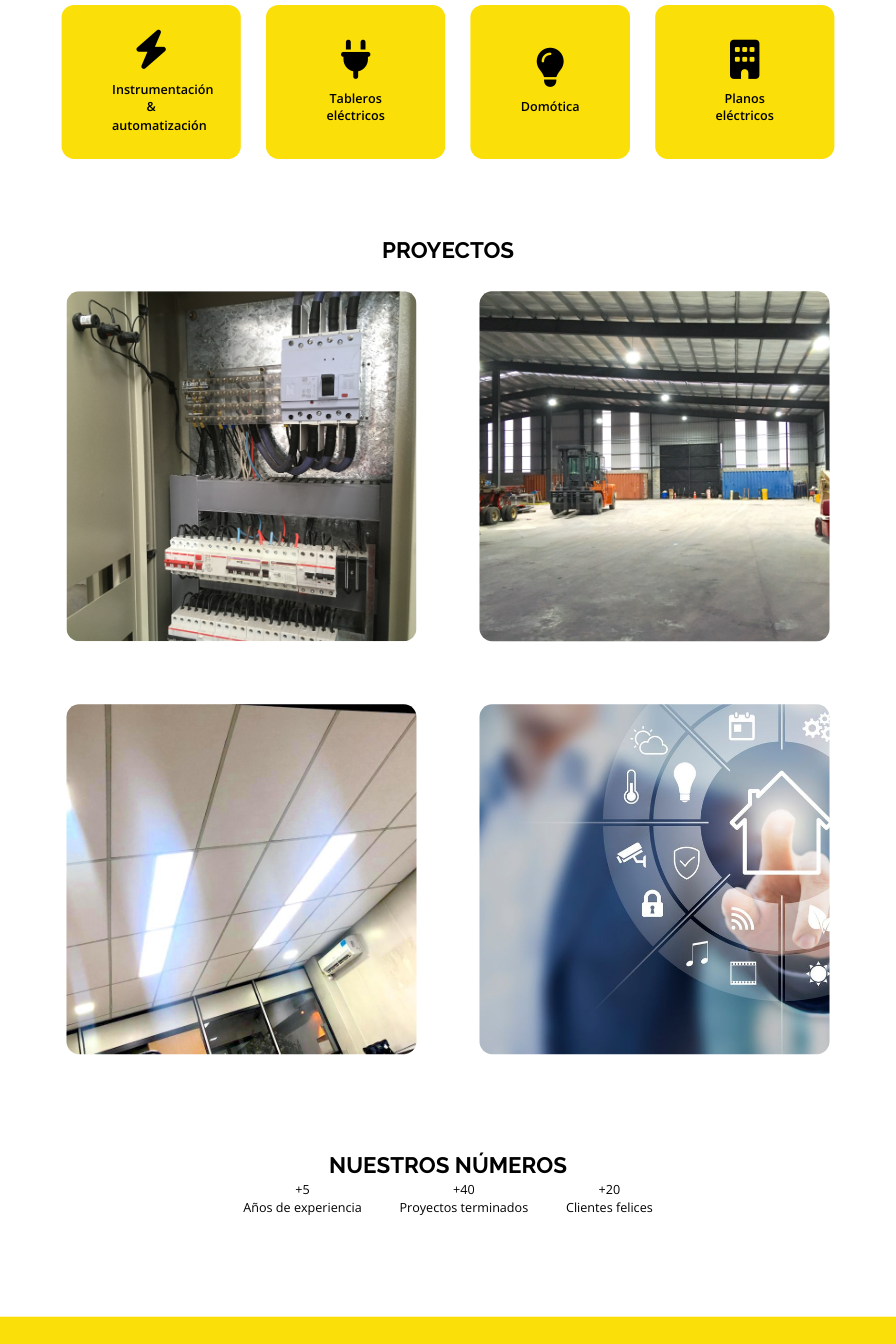
Repository: jeraldinnemg/rjelectronics
Page: index.html
The author's editor kept a copy of each file at every save. The page is drawn from the files as they stood at one save, then again after the next save.
The browser window is 1280 px wide. The pictures show the part of the page from y = 810 to 2730 px (the page is 2923 px tall), at 70% of full size.
Some web libraries are served in a nearby version.

Above is the page before, as saved 2022-07-27 21:28:50.

### index.html
<!DOCTYPE html>
<html lang="en">
<head>
    <meta charset="UTF-8">
    <meta http-equiv="X-UA-Compatible" content="IE=edge">
    <meta name="viewport" content="width=device-width, initial-scale=1.0">
    <link rel="shortcut icon" href="favicon.ico" type="image/x-icon">
    <!-- Google fonts -->
    <link rel="preconnect" href="https://fonts.googleapis.com">
    <link rel="preconnect" href="https://fonts.gstatic.com" crossorigin>
<link href="https://fonts.googleapis.com/css2?family=Open+Sans:wght@300;400;500;600&family=Raleway:wght@300;400;500;600;700;800&display=swap" rel="stylesheet">
<link rel="stylesheet" href="https://cdnjs.cloudflare.com/ajax/libs/font-awesome/6.1.1/css/all.min.css" integrity="sha512-KfkfwYDsLkIlwQp6LFnl8zNdLGxu9YAA1QvwINks4PhcElQSvqcyVLLD9aMhXd13uQjoXtEKNosOWaZqXgel0g==" crossorigin="anonymous" referrerpolicy="no-referrer" />
    <!-- Custom system -->
    <link rel="stylesheet" href="index.css">
    <script src="https://kit.fontawesome.com/05b8218d7f.js" crossorigin="anonymous"></script>


    <script src="navigation.js" defer></script>
    <script src="tabs.js" defer></script>

    <title>RJ Electronics</title>
</head>
<body>
    <header class="primary-header flex">
            <a href="#">
                <img class="logo" width="50px" height="50px"src="/img/logo.svg" alt="">
            </a>
            <button class="mobile-nav-toggle" aria-controls="primary-navigation"><span class="sr-only" aria-expanded="false">Menu</span></button>
            <nav >
                <ul class="primary-navigation flex" data-visible="false">
                    <li><a href="#" class="uppercase text-dark ff-serif">Acerca de</a></li>
                    <li><a href="#" class="uppercase text-dark ff-serif">Servicios</a></li>
                    <li><a href="#" class="uppercase text-dark ff-serif">Proyectos</a></li>
                    <li><a href="#" class="uppercase text-dark ff-serif">Contacto</a></li>
                </ul>
            </nav>
    </header>

    <main class="grid-container grid-container--home">
        <section class="hero">
            <div class="container flex">
                <!-- CTA-1 -->
                <article class="a-self" id="lampara-tab" role="tabpanel" tabindex="0">
                    <h1 class="ff-serif fs-700">Ofrecemos Soluciones Electrónicas Integrales para tu hogar</h1>
                    <p class="ff-sans fs-400">Diseñamos y construimos una solución para cualquier necesidad, falla o problema electrónico industrial, comercial o residencial.</p>
                    <a href="#" class="button"><span>Me interesa</span></a>
                </article>
                <!-- CTA-2 -->
                <article hidden class="a-self" id="destornillador-tab" role="tabpanel" tabindex="0">
                    <h2 class="ff-serif fs-700">Creamos espacios luminosos a tu medida</h2>
                    <p class="ff-sans fs-400">Nos encargamos de calcular los lumens necesarios para que obtengas un espacio con luz de calidad.</p>
                    <a href="#" class="button"><span>Ver más</span></a>
                </article>
                <!-- CTA-3 -->
                <article hidden class="a-self" id="interruptor-tab" role="tabpanel" tabindex="0">
                    <h2 class="ff-serif fs-700">Creamos ambientes inteligentes</h2>
                    <p class="ff-sans fs-400">Nos encargamos de automatizar espacios y lugares de manera fácil y rápida.</p>
                    <a href="#" class="button"><span>Me interesa</span></a>
                </article>
                <picture class= "hero__image" id="lampara-image">
                    <img src="/img/lampara.png" alt="lampara" >
                </picture>
                <picture class= "hero__image" hidden id="destornillador-image">
                    <img src="/img/destornillador.png" alt="destornillador">
                </picture>
                <picture class= "hero__image" hidden id="interruptor-image">
                    <img src="/img/interruptor.png" alt="interruptor">
                </picture>
            </div>
            <!-- Dots -->
            <div class="dot-indicators flex" role="tablist" aria-label="services list">
                <button aria-selected="true" aria-controls="lampara-tab" data-image="lampara-image" role="tab" tabindex="0"><span class="sr-only">Lampara</span></button>
                <button aria-selected="false" aria-controls="destornillador-tab" data-image="destornillador-image" role="tab" tabindex="-1"><span class="sr-only">destornillador</span></button>
                <button aria-selected="false" aria-controls="interruptor-tab" data-image="interruptor-image" role="tab" tabindex="-1"><span class="sr-only">Interruptor</span></button>
            </div>
        </section>

        <section class="services">
            <h2 class="ff-serif fs-600 uppercase">Servicios</h2>
            <div class="container">
                <article class="card flex">
                    <i class="fa-solid fa-bolt fs-700"></i>
                    <div class="card-body">
                        <h2 class="card-title fs-400">Instrumentación & automatización</h2>

                    </div>
                </article>
                <article class="card flex">
                    <i class="fa-solid fa-plug fs-700 "></i>
                    <div class="card-body">
                        <h2 class="card-title fs-400">Tableros eléctricos</h2>

                    </div>
                </article>
                <article class="card flex">
                    <i class="fa-solid fa-lightbulb fs-700"></i>
                    <div class="card-body">
                        <h2 class="card-title fs-400">Domótica</h2>

                    </div>
                </article>
                <article class="card flex">
                    <i class="fa-solid fa-building  fs-700"></i>
                    <div class="card-body">
                        <h2 class="card-title fs-400">Planos eléctricos</h2>

                    </div>
                </article>
        </div>
        </section>
        <section class="projects">
            <h2 class="ff-serif fs-600 uppercase">Proyectos</h2>
            <div class="projects-container grid-container">
                <article class="project" style="background-image: url('/img/servicio-electricidad.JPG')">
                    <div class="project-overlay">
                    <h2 class="overlay-text fs-600 uppercase" >Tablero eléctrico</h2>
                    </div>
                </article>
                <article class="project" style="background-image: url('/img/trabajos-iluminacion-galpon.JPG')">
                    <div class="project-overlay">
                        <h2 class="overlay-text fs-500 uppercase">Iluminación industrial</h2>
                    </div>
                </article>
                <article class="project" style="background-image: url('/img/iluminacion-oficinas.jpeg') ">
                    <div class="project-overlay">
                        <h2 class="overlay-text fs-500 uppercase">Iluminación de oficina</h2>
                    </div>
                </article>
                <article class="project" style="background-image: url('/img/servicios-domotica.jpg') ">
                    <div class="project-overlay">
                        <h2 class="overlay-text fs-500 uppercase">Domótica en casa</h2>
                    </div>
                </article>
        </div>
        </section>
        <section class="statics">
            <h2 class="ff-serif fs-600 uppercase">Nuestros números</h2>
            <div class="container flex" >
            <div>
                <span>+5</span>
                <p>Años de experiencia</p>
            </div>
            <div>
                <span>+40</span>
                <p>Proyectos terminados</p>
            </div>
            <div>
                <span>+20</span>
                <p>Clientes felices</p>
            </div>
        </div>
        </section>

    </main>


    <footer class="flex">
        <a href="#">
            <img class="logo" width="50px" height="50px"src="/img/logo.svg" alt="">
        </a>
        <div class="col">
            <h3>Contacto</h3>
                <p>hola@rjelectronic.com</p>
                <p>1150329541</p>
        </div>
        <div class="col">
            <h3>RRSS</h3>
                <p>hola@rjelectronic.com</p>
                <p>1150329541</p>
                <p>Content</p>
        </div>
    </footer>

</body>
</html>

### index.css
/* ----------------------- */
/* --Custom properties---- */
/* ----------------------- */

:root {
   /*colors*/
   --clr-dark: 0 0% 0%;
   --clr-main: 53 97% 51%;
   --clr-secondary: 25 100% 52%;
   --clr-white: 0 0% 100%;

/*font-sizes*/
--fs-1000: 9.375rem; /*150x*/
--fs-900: 6.25rem; /*100px*/
--fs-800: 4.5rem; /*72px*/
--fs-700: 3.5rem; /*56px*/
--fs-600: 2rem; /*32px*/
--fs-500: 1.75rem; /*28px*/
--fs-400: 1.125rem; /*18px*/
--fs-300: 1rem; /*16px*/
--fs-200: 0.875rem; /*14px*/

/*font-family*/
--ff-serif: "Raleway", serif;
--ff-sans: "Open sans", sans-serif;


}

.uppercase {
    text-transform: uppercase;
}

/* -------------- */
/* -----RESET---- */
/* -------------- */

*,
*::before,
*::after {
    box-sizing: border-box;
}

/* Reset margins */
h1,
h2,
h3,
h4,
h5,
body,
p,
picture,
figure {
    margin:0;
}

/* Set up the body  */

body {
    font-family: var(--ff-sans);
    font-size: var(--fs-400);
    color:hsl(var(--clr-dark));
    line-height: 1.4;
    min-height: 100vh;

    display: grid;
    grid-template-rows: min-content 1fr;

    overflow-x:hidden;
}

/* Make images easier to work */
img,
picture {
    max-width: 100%;
}

/* Make form elements easier to work*/
input,
select,
button,
textarea {
    font: inherit;
}

/* Remove all animations, transitions and smooth scroll for people that prefer not to see them (Accesibility Recourse piccali.li*/
@media (prefers-reduced-motion: reduce) {
    html:focus-within {
     scroll-behavior: auto;
    }

    *,
    *::before,
    *::after {
      animation-duration: 0.01ms !important;
      animation-iteration-count: 1 !important;
      transition-duration: 0.01ms !important;
      scroll-behavior: auto !important;
    }
  }

/* ------------------ */
/* -UTILITY CLASES-- */
/* ----------------- */

.flex {
    display: flex;
    gap: var(--gap, 1rem);
}

.grid {
    display: grid;
    gap: var(--gap, 1rem);
}

.a-self{
    align-self: center;
}

.container {
    padding-inline: 1em;
    margin-inline: auto;
    max-width: 80rem;

    display: flex;
    flex-direction: column;
}

.dot-indicators{
    justify-content: center;
}

.hero{
    margin-top: 2em;
}


.sr-only {
    position: absolute;
    width: 1px;
    height: 1px;
    padding: 0;
    margin: -1px;
    overflow: hidden;
    clip: rect (0,0,0,0);
    white-space: nowrap; /*added line*/
    border: 0;
}

/*Colors */

.bg-dark { background-color: hsl(var(--clr-dark));}
.bg-yellow {background-color: hsl(var(--clr-yellow));}
.bg-white { background-color: hsl(var(--clr-white));}

.text-dark { color: hsl(var(--clr-dark));}
.text-dark { color: hsl(var(--clr-dark));}
.text-dark { color: hsl(var(--clr-dark));}

/*Typography */

.ff-serif {font-family: var(--ff-serif);}
.ff-sans {font-family: var(--ff-sans);}

.letter-spacing-1  {letter-spacing: 4.75px;}
.letter-spacing-2  {letter-spacing: 2.7px;}
.letter-spacing-1  {letter-spacing: 2.35px;}

.fs-900 {font-size: var(--fs-900);}
.fs-800 {font-size: var(--fs-800);}
.fs-700 {font-size: var(--fs-700);}
.fs-600 {font-size: var(--fs-600);}
.fs-500 {font-size: var(--fs-500);}
.fs-400 {font-size: var(--fs-400);}
.fs-300 {font-size: var(--fs-300);}
.fs-200 {font-size: var(--fs-200);}

.fw-400 {font-weight: 400;}
.fw-500 {font-weight: 500;}

/* General */

.flex {
    display: flex;
    gap: var(--gap, 1rem);
}

.flex.even-columns > * {
    width: 100%;
}

.grid {
    display: grid;
    gap: var(--gap, 1rem);
}

.d-block {
    display: block;
}

/* ----------------- */
/* ---COMPONENT----- */
/* ----------------- */

/* Primary header */

.logo{
    margin: 1.5rem clamp(1.5rem, 5vw, 4rem);
}

.primary-header{
    align-items:center;
    justify-content: space-between;
    background-color: hsl(var(--clr-main));
}

.primary-navigation{
    --gap: clamp(1.5rem, 5vw, 3.5rem);
    list-style: none;
    text-decoration: none;
    padding: 0;
    margin:0;
}

.primary-navigation a, footer a{
    text-decoration: none;
    margin-right: 1em;
}

.mobile-nav-toggle{
    display: none;
}

@media(max-width:35em){
    .primary-navigation{
        --underline-gap: 0.5rem;
        position: fixed;
        inset: 0 0 0 20%;
        z-index:1000;
        padding: min(20rem, 15vh);
        margin:0;
        z-index:1000;
        list-style: none;
        flex-direction: column;
        background-color: hsl(var(--clr-main));
        transform: translateX(100%);
        transition: transform ease-in-out;

    }

    .primary-navigation[data-visible='true']{
        transform: translateX(0);
    }

    .mobile-nav-toggle {
        display: block;
        position: absolute;
        z-index:2000;
        right: 2rem;
        top: 2rem;
        background: transparent;
        background-image: url(/img/icon-hamburger.svg);
        background-repeat:no-repeat;
        background-position: center;
        width: 1.5rem;
        aspect-ratio:1;
        border: 0;
        cursor: pointer;
    }

    .mobile-nav-toggle[aria-expanded='true']{
        background-image: url(/img/icon-close.svg);
    }

    .mobile-nav-toggle:focus-visible{
        outline:5px solid white;
        outline-offset: 5px;
    }
}

@media (min-width: 35em){
    .primary-navigation{
        padding-inline: clamp(3rem, 7vw, 7rem);
    }
}

@media(min-width: 45em){
    .primary-navigation{
        margin-block:2rem;
    }
}


/* ---------- */
/* Button     */
/* --------- */

 .button {
    display: inline-flex;
	background: hsl(var(--clr-dark));
    padding: 1em 2em;
    border-radius: 2em;
    color: hsl(var(--clr-white));
	position: relative;
    text-decoration: none;
    transition: 0.3s ease all;
	position:relative;
	overflow:hidden;
    margin-top: 1.5em;
}

.button span {
	position:relative;
	z-index:2;
	transition: 0.3s ease all;
}

.button::after {
	content: "";
	width: 100%;
	height:100%;
	background: hsl(var(--clr-secondary));
	position: absolute;
	z-index: 1;
	top: -80px;
	left: 0;
	transition: 0.3s ease-in-out all;
}

.button:hover::after{
	top:0;
	}
/* ---------- */
/* Dots     */
/* --------- */

.dot-indicators > * {
        cursor: pointer;
        border: 0;
        border-radius: 50%;
        padding: .5em;
        background-color: hsl(var(--clr-dark)/ .25) ;
 }

.dot-indicators > *:hover,
.dot-indicators > *:focus {
        background-color: hsl(var(--clr-secondary)/ .5);
    }

.dot-indicators > [aria-selected="true"] {
        background-color: hsl( var(--clr-secondary) / 1);
    }

/* ---------- */
/* Card     */
/* --------- */
.card{
    background-color: hsl( var(--clr-main));
    padding: 2em 4em;
    margin: 2em 0em;
    border-radius: 1em;
    flex-direction: column;
}

i:hover{
    color: hsl( var(--clr-secondary));
}

.services, .projects, .statics{
    text-align: center;
    margin-top: 4em;
}

/* -------------------------*/
/* -------projects ----------- */
/* -------------------------*/

.projects-container{
    grid-template-columns: repeat(1, 1fr);
    margin-top: 2em;
    gap:2rem;
}

.projects-container >article{
    position: relative;

    min-width: 500px;
    min-height: 500px;
    background-size: cover;
    background-repeat: no-repeat;
    background-position: center center;
    border-radius: 1em;
}

.projects .project .project-overlay{
    width: 0%;
	height: 100%;
	position: absolute;
	bottom: 0;
	left: 0;
	right: 0;
	background: hsl( var(--clr-main));
	overflow: hidden;
    border-radius: 1em;
	transition: .5s ease;
}

.projects .project:hover .project-overlay {
    width: 100%;
    opacity: 0.8;
}

.overlay-text {
	top: 50%;
	left: 50%;

	position: absolute;
	white-space: nowrap;
	color: hsl(var(--clr-dark));
	transform: translate(-50%, -50%);
	overflow: hidden;
	border-top: 1px solid #fff;
	border-bottom: 1px solid #fff;
}

/* -------------------------*/
/* -------STATICS --------- */
/* -------------------------*/
.statics .container{
    gap:3em;
    justify-content: space-between;
}

/* -------------------------*/
/* -------FOOTER ---------- */
/* -------------------------*/
footer{
    background-color: hsl( var(--clr-main));
    color: hsl( var(--clr-dark));
    padding: 2em 0em;
}

footer p{
    font-family: var(--ff-sans-normal);
    font-size: var(--fs-100);
    margin-bottom: 1em;

}

footer h3{
    font-size: var(--fs-300);
    color: var(--clr-secundary);
    margin-bottom: 0.5em;
}

footer div:first-child{
    align-items: flex-start;
}

/* -------------------------*/
/* -------Layout----------- */
/* -------------------------*/

.grid-container {
    display: grid;
    text-align: center;
    place-items:center;
    padding-inline: 1rem;
    padding-bottom: 4rem;
}

.grid-container  p:not([class]) {
    max-width: 50ch;
}

@media (min-width: 45em){
    .grid-container {
        text-align: left;
        column-gap: var(--container-gap, 2rem);
        grid-template-columns: minmax(1rem, 1fr)
        repeat (2, minmax((0, 30rem)) minmax(1rem, 1fr));
    }
    .grid-container--home {
        padding-bottom: max(6rem, 20vh);
        align-items: left;
    }
    .container {
        flex-direction: row;
        gap: 2em;
    }

    .hero__image{
        max-width: 40%;
    }

    .card{
        max-width: 20vw;
        flex-direction: column;
        justify-content: center;
    }

    .projects-container{
        grid-template-columns: repeat(2, 1fr);
        gap: 5em;
    }













}

### navigation.js
// javascript

const nav = document.querySelector(".primary-navigation");
const navToggle = document.querySelector('.mobile-nav-toggle');


// when someone clicks the hamburguer button

navToggle.addEventListener('click', () => {

// if the nav is closed, open it

    const visibility = nav.getAttribute("data-visible");

    if (visibility === 'false') {
        nav.setAttribute('data-visible', true);
        navToggle.setAttribute('aria-expanded', true);
    } else {
        nav.setAttribute('data-visible', false);
        navToggle.setAttribute('aria-expanded', false);

    }
});

### tabs.js
const tabList = document.querySelector('[role="tablist"]');
const tabs = tabList.querySelectorAll('[role="tab"]');

tabList.addEventListener('keydown', changeTabFocus);

tabs.forEach((tab) => {
    tab.addEventListener('click', changeTabPanel);
});


let tabFocus = 0;
function changeTabFocus(e) {
    const keydownLeft = 37;
    const keydownRight = 39;

    if (e.keyCode === keydownLeft || e.keyCode === keydownRight) {
        tabs[tabFocus].setAttribute("tabindex", -1);
    }

    if (e.keyCode === keydownRight) {
        tabFocus++;
        if (tabFocus >= tabs.length) {
            tabFocus = 0;
        }
    } else if (e.keyCode === keydownLeft) {
        tabFocus--;
        if (tabFocus < 0) {
            tabFocus = tabs.length - 1;
        }
    }

    tabs[tabFocus].setAttribute("tabindex", 0);
    tabs[tabFocus].focus();
}


function changeTabPanel(e) {
    const targetTab = e.target;
    const targetPanel = targetTab.getAttribute("aria-controls");
    const targetImage = targetTab.getAttribute("data-image");

    const tabContainer = targetTab.parentNode;
    const mainContainer = tabContainer.parentNode;

    tabContainer
    .querySelector('[aria-selected="true"]')
    .setAttribute("aria-selected", false);

    targetTab.setAttribute("aria-selected", true);

    hideContent(mainContainer, '[role="tabpanel"]');
    showContent(mainContainer, [`#${targetPanel}`]);
    //mainContainer
    //    .querySelectorAll('[role="tabpanel"]')
    //    .forEach((panel) => panel.setAttribute("hidden", true));


    hideContent(mainContainer, 'picture');
    showContent(mainContainer, [`#${targetImage}`]);

    //mainContainer
    //    .querySelectorAll('picture')
    //    .forEach((picture) => picture.setAttribute("hidden", true));

    //mainContainer.querySelector([`#${targetImage}`]).removeAttribute('hidden');

    // console.log(mainContainer);
}

function hideContent(parent, content){
    parent
    .querySelectorAll(content)
    .forEach((item) => item.setAttribute("hidden", true));

}

function showContent(parent, content){
    parent
    .querySelector(content)
    .removeAttribute('hidden');
}

After the next save:
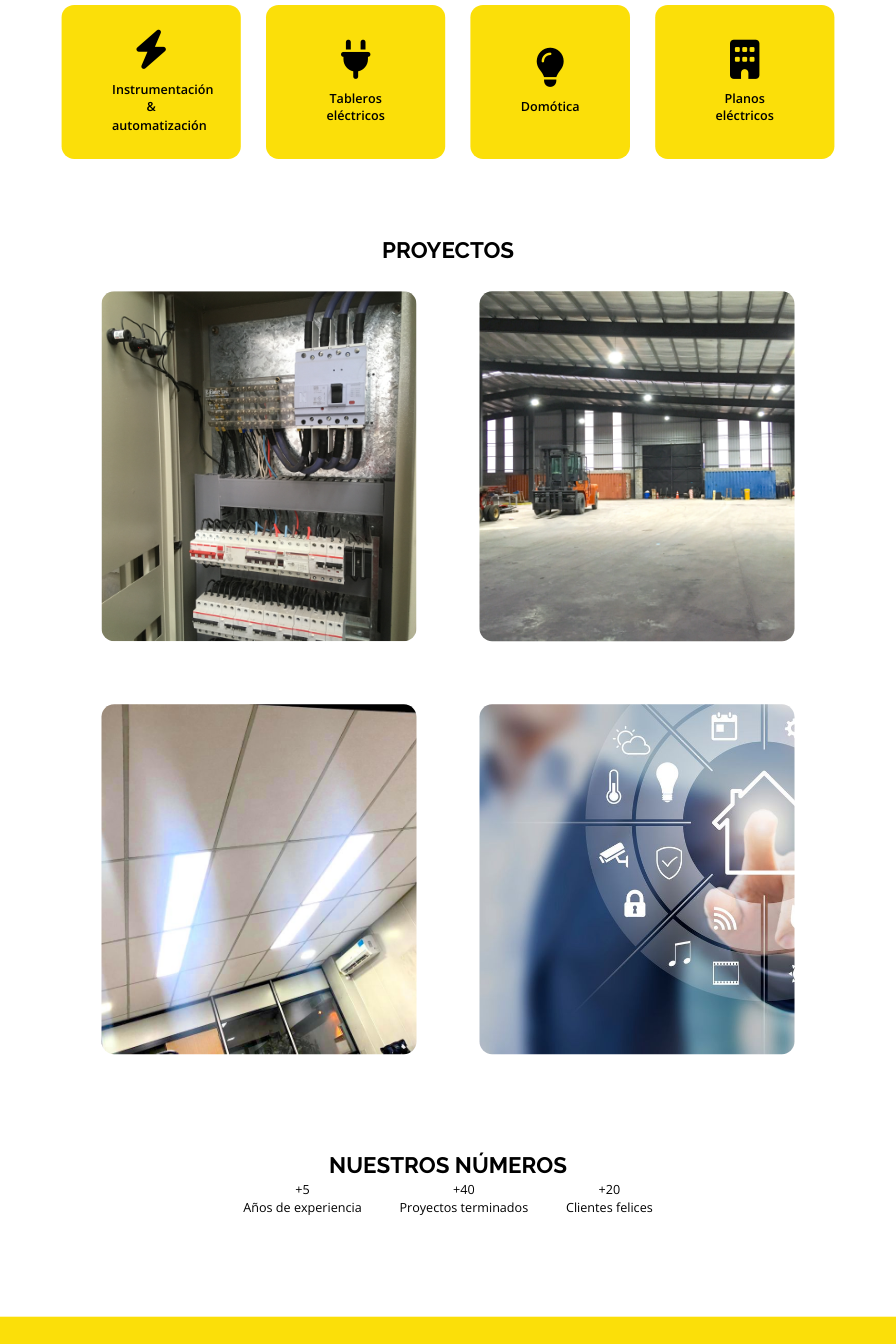
Saved 23 s later.
--- a/index.css
+++ b/index.css
@@ -384,7 +384,7 @@ i:hover{
 .projects-container >article{
     position: relative;
 
-    min-width: 500px;
+    min-width: 450px;
     min-height: 500px;
     background-size: cover;
     background-repeat: no-repeat;
